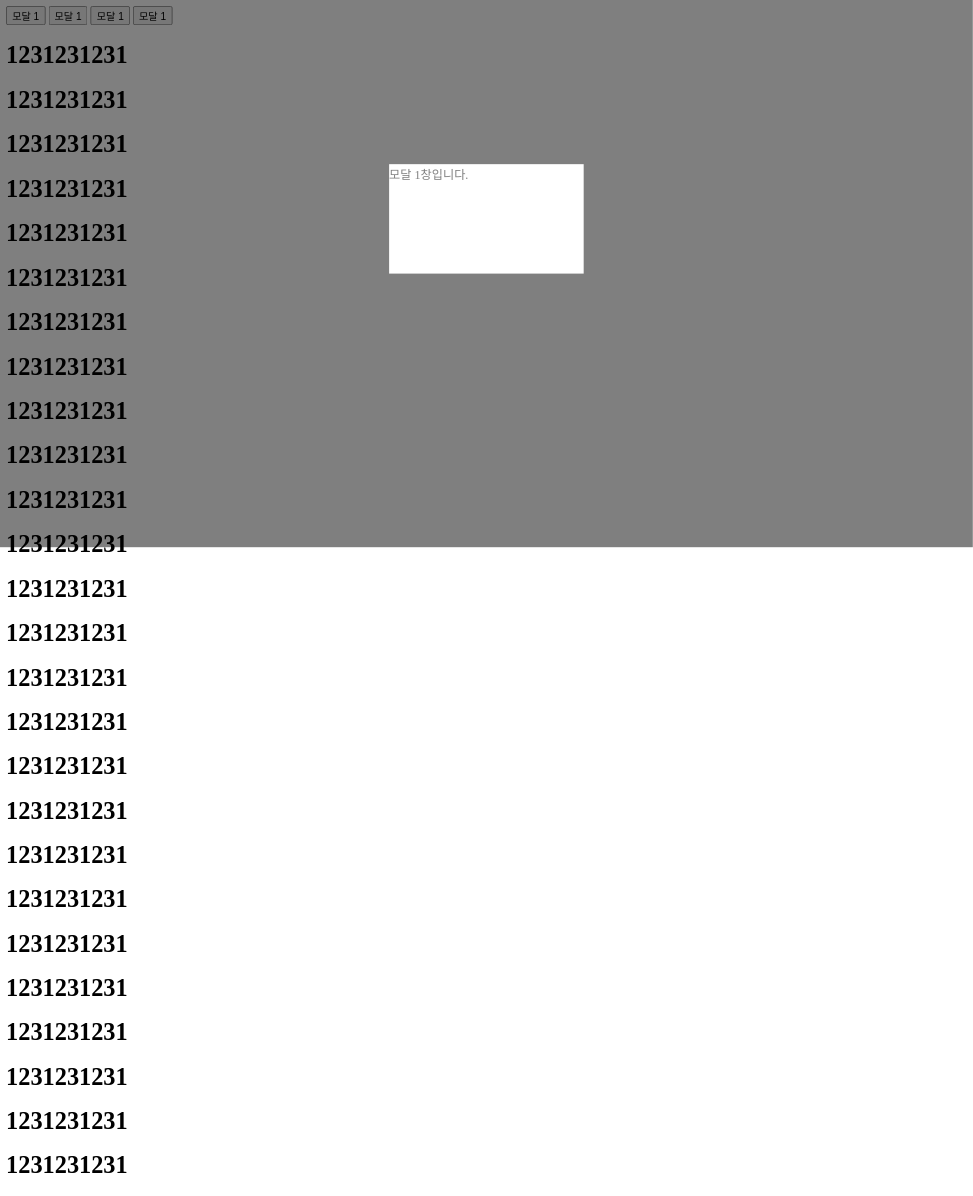
Repository: leetaehyeon123/SpringBaseSources
Page: http://localhost/modal/
These files come from the project's save history. The page is drawn as it stood at one moment and after the next save; the edit follows.
The browser window is 1280 px wide. The pictures show the whole page, at 76% of full size.
The page is served by Tomcat 9. Other server files are loaded and not shown.

Above is the page before, as saved 2020-09-01 02:27:07.

### 모달창 소스코드/modal/modal/src/main/webapp/WEB-INF/views/modal.jsp
<%@ page language="java" contentType="text/html; charset=UTF-8"
    pageEncoding="UTF-8"%>
<!DOCTYPE html>
<html>
<head>
<meta charset="UTF-8">
<title>Insert title here</title>
<script type="text/javascript">
function mo1(){

}
function c1(){

}

</script>
</head>
<body>


<input type="button" value="모달 1" onclick="mo1()">
<input type="button" value="모달 1" onclick="modal1()">
<input type="button" value="모달 1" onclick="modal1()">
<input type="button" value="모달 1" onclick="modal1()">

<h1>1231231231</h1>
<h1>1231231231</h1>
<h1>1231231231</h1>
<h1>1231231231</h1>
<h1>1231231231</h1>
<h1>1231231231</h1>
<h1>1231231231</h1>
<h1>1231231231</h1>
<h1>1231231231</h1>
<h1>1231231231</h1>
<h1>1231231231</h1>
<h1>1231231231</h1>
<h1>1231231231</h1>
<h1>1231231231</h1>
<h1>1231231231</h1>
<h1>1231231231</h1>
<h1>1231231231</h1>
<h1>1231231231</h1>
<h1>1231231231</h1>
<h1>1231231231</h1>
<h1>1231231231</h1>
<h1>1231231231</h1>
<h1>1231231231</h1>
<h1>1231231231</h1>
<h1>1231231231</h1>
<h1>1231231231</h1>


	<div class="modal1,modal"  style="width: 100% ; height: 100vh ; background-color: black; position: fixed; left: 0px; top:0px; opacity: 0.5;">
		<div class="modal1Div" style="width: 20%; height: 20vh; background-color: white; margin: 30vh auto; ">
			<p>모달 1창입니다.</p>

		</div>


	</div>
</body>
</html>

After the next save:
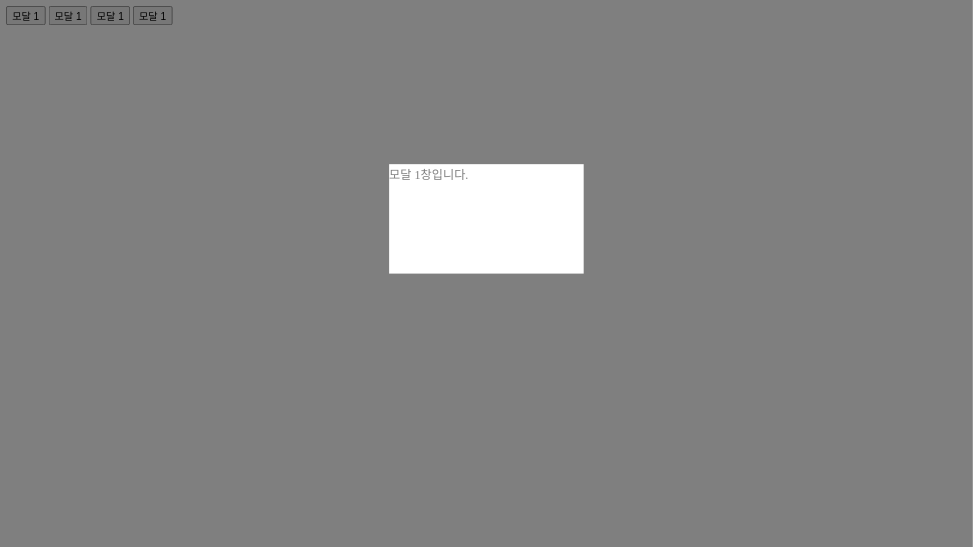
Saved 18 s later.
--- a/모달창 소스코드/modal/modal/src/main/webapp/WEB-INF/views/modal.jsp
+++ b/모달창 소스코드/modal/modal/src/main/webapp/WEB-INF/views/modal.jsp
@@ -23,32 +23,7 @@ function c1(){
 <input type="button" value="모달 1" onclick="modal1()">
 <input type="button" value="모달 1" onclick="modal1()">
 
-<h1>1231231231</h1>
-<h1>1231231231</h1>
-<h1>1231231231</h1>
-<h1>1231231231</h1>
-<h1>1231231231</h1>
-<h1>1231231231</h1>
-<h1>1231231231</h1>
-<h1>1231231231</h1>
-<h1>1231231231</h1>
-<h1>1231231231</h1>
-<h1>1231231231</h1>
-<h1>1231231231</h1>
-<h1>1231231231</h1>
-<h1>1231231231</h1>
-<h1>1231231231</h1>
-<h1>1231231231</h1>
-<h1>1231231231</h1>
-<h1>1231231231</h1>
-<h1>1231231231</h1>
-<h1>1231231231</h1>
-<h1>1231231231</h1>
-<h1>1231231231</h1>
-<h1>1231231231</h1>
-<h1>1231231231</h1>
-<h1>1231231231</h1>
-<h1>1231231231</h1>
+
 
 
 	<div class="modal1,modal"  style="width: 100% ; height: 100vh ; background-color: black; position: fixed; left: 0px; top:0px; opacity: 0.5;">
